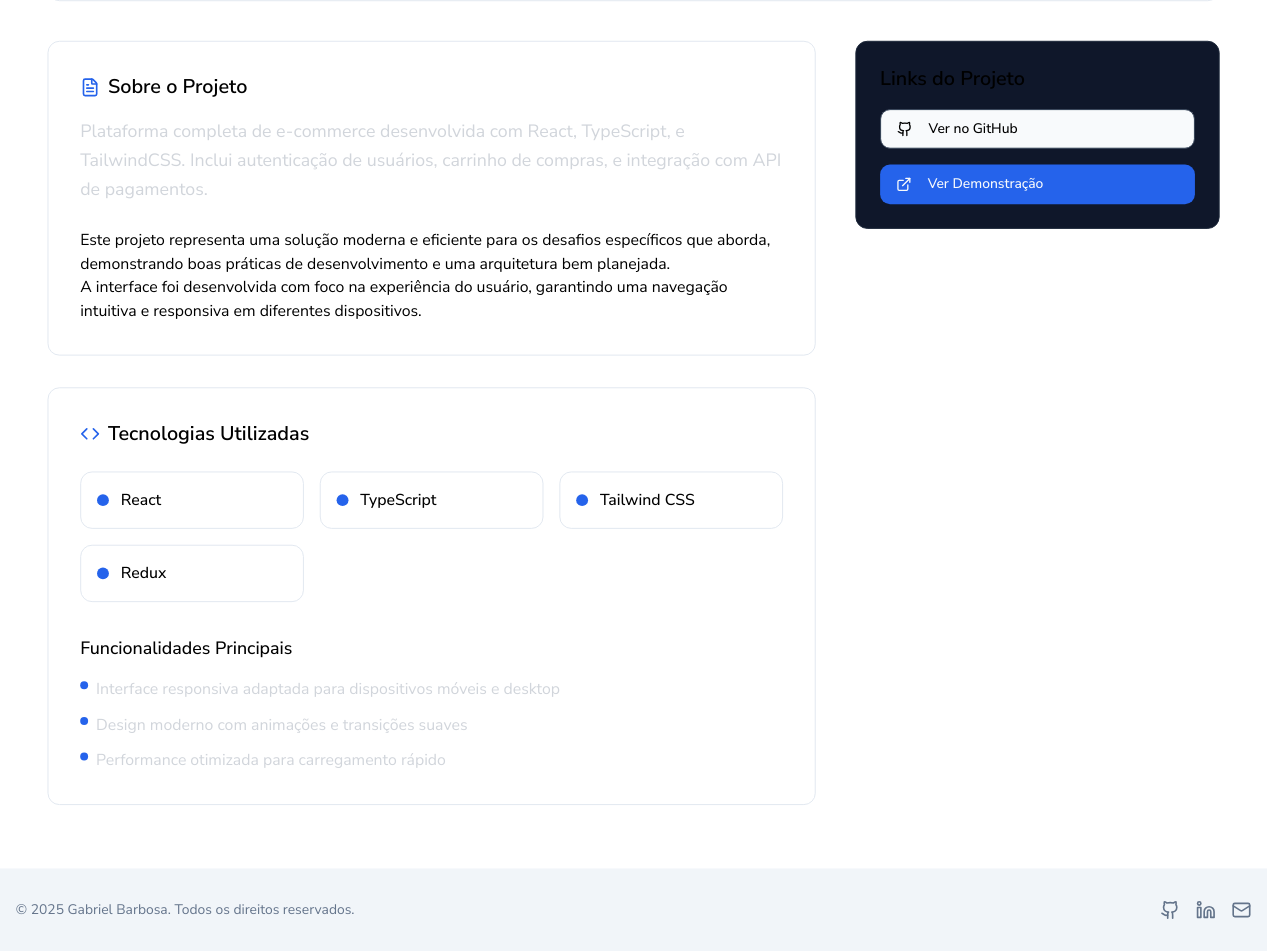
Repository: Biel-barbosa/portfolio-gabriel
Page: /projetos/1
An editor plug-in stored every save of this project. The page is shown before and after the next save, followed by the edit.
The browser window is 1280 px wide. The pictures show the part of the page from y = 679 to 1640 px (the page is 1640 px tall), at 99% of full size.
The page's requests for data from a server got no answer. The project was rebuilt for these pictures with package versions that can differ from the ones it lists, and the page was loaded fresh each time. No one was signed in, and anything a server would have sent is missing. Also part of the build but not shown: vite.config.ts, src/components/ui/tooltip.tsx, src/components/ui/card.tsx, src/components/ui/badge.tsx, src/components/ProjectCard.tsx, src/pages/Index.tsx, src/pages/Projects.tsx, src/pages/Contact.tsx and 1 more.

Above is the page before, as saved 2025-05-20 17:00:34.

After the next save:
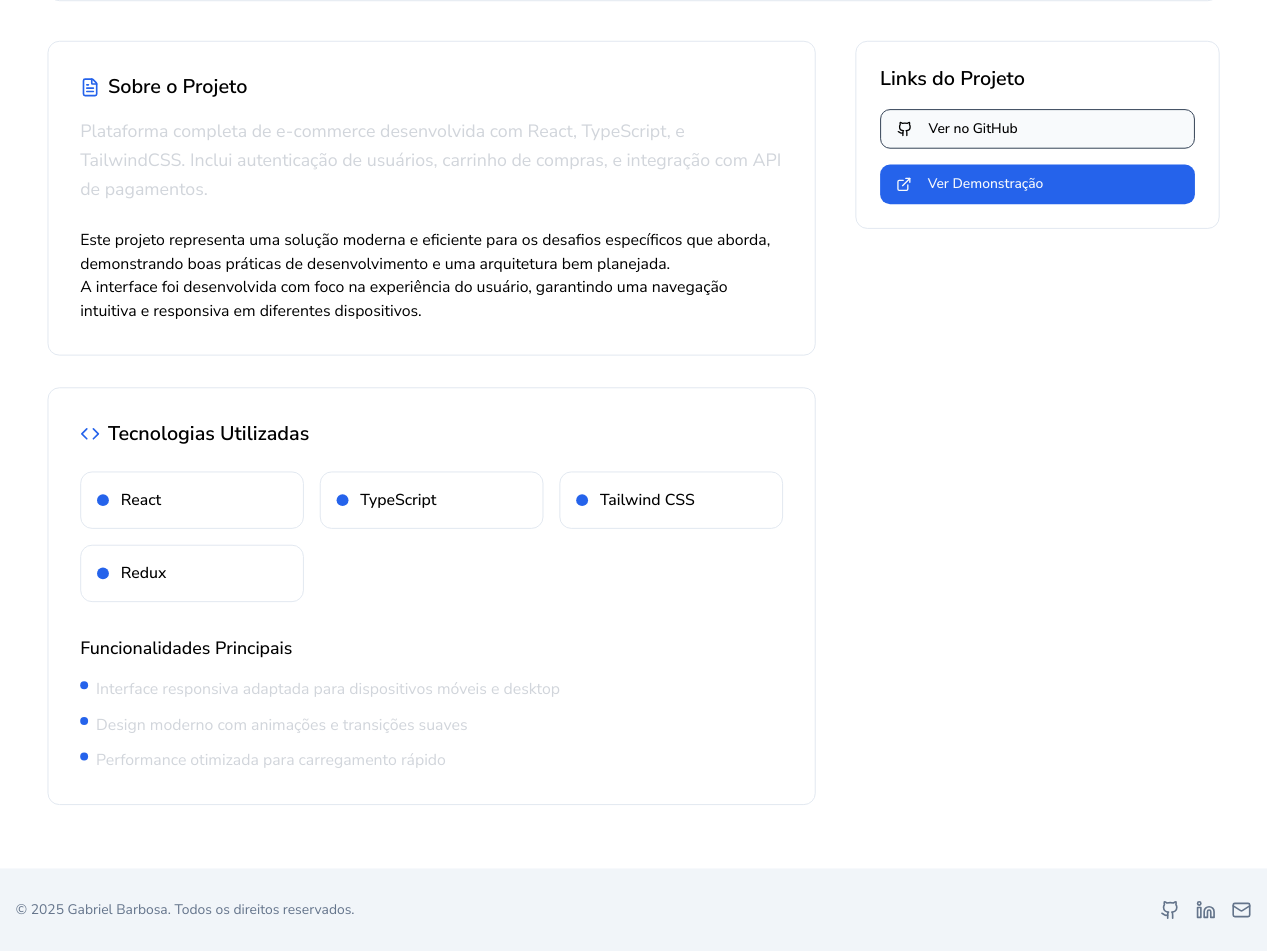
Saved 39 s later.
--- a/src/pages/ProjectDetail.tsx
+++ b/src/pages/ProjectDetail.tsx
@@ -211,7 +211,7 @@ const ProjectDetail = () => {
                 </div>
 
                 <div>
-                  <div className="bg-slate-900 border border-slate-800 rounded-lg p-6">
+                  <div className="bg-white-900 border border-white-800 rounded-lg p-6">
                     <h2 className="text-xl font-semibold mb-4">Links do Projeto</h2>
 
                     <div className="flex flex-col space-y-4">
